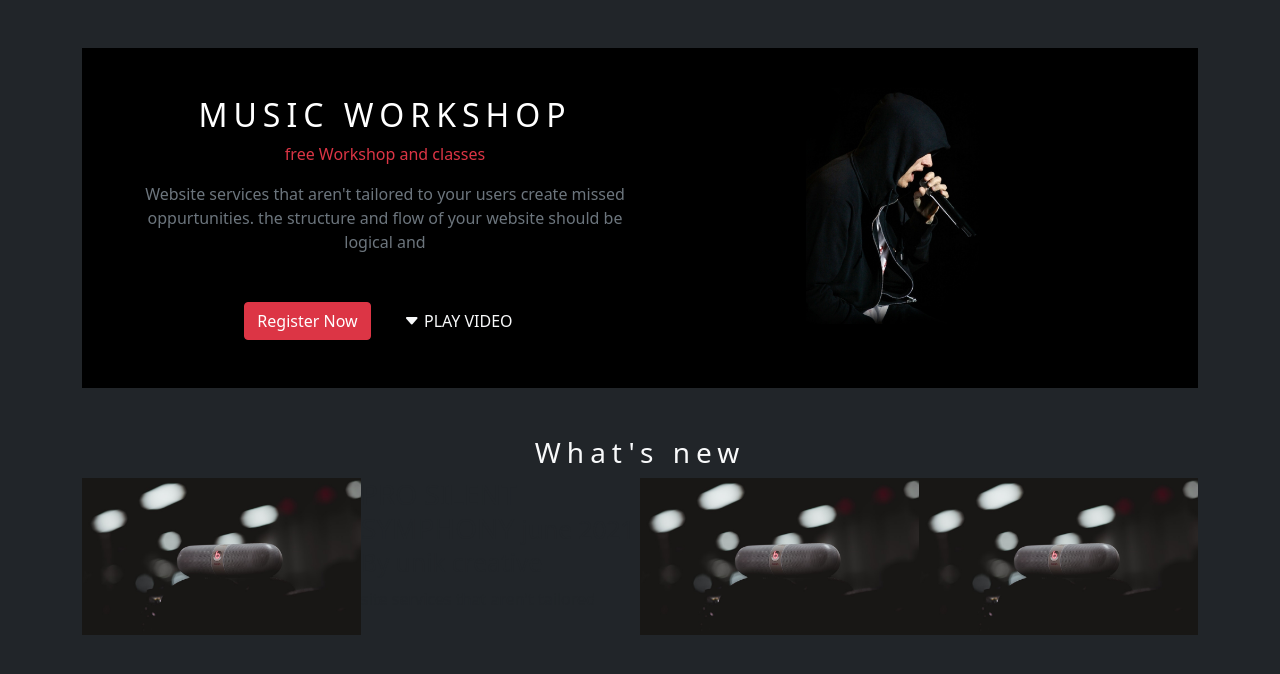
Repository: Eugene44-hub/music-workshop-site
Page: index.html
These files come from the project's save history. The page is drawn as it stood at one moment and after the next save; the edit follows.
The browser window is 1280 px wide. The pictures show the whole page.
Some web libraries are served in a nearby version.

Above is the page before, as saved 2021-10-22 16:36:29.

### index.html
<!DOCTYPE html>
<html lang="en">

<head>
    <meta charset="UTF-8">
    <meta http-equiv="X-UA-Compatible" content="IE=edge">
    <meta name="viewport" content="width=device-width, initial-scale=1.0">
    <title>Document</title>
    <link rel="stylesheet" href="style.css">
    <!-- CSS only -->
    <link href="https://cdn.jsdelivr.net/npm/bootstrap@5.1.3/dist/css/bootstrap.min.css" rel="stylesheet" integrity="sha384-1BmE4kWBq78iYhFldvKuhfTAU6auU8tT94WrHftjDbrCEXSU1oBoqyl2QvZ6jIW3" crossorigin="anonymous">
    <link rel="stylesheet" href="https://cdn.jsdelivr.net/npm/bootstrap-icons@1.6.1/font/bootstrap-icons.css">
</head>

<body class="bg-dark p-md-5 p-3">
    <!-- registeration starts  -->
    <section id="registration">
        <div class="container">
            <div class="d-lg-flex text-white bg-black align-items-center" id="regImg">
                <div id="regText" class="col-md text-center p-5">
                    <h2 id="musicheader" class="text-uppercase fs-2">
                        music workshop </h2>
                    <p class="text-danger"> free Workshop and classes</p>
                    <p class="text-secondary">Website services that aren't tailored to your users create missed oppurtunities. the structure and flow of your website should be logical and</p>
                    <div class="mt-5">
                        <button class="btn btn-danger mx-2">Register Now</button>
                        <button class="btn text-light mx-2"><i class="bi bi-caret-down-fill"></i> PLAY VIDEO</button>
                    </div>
                </div>
                <div class="col-md"> <img src="images/eminem.jpg" alt="" class="img-fluid"></div>

            </div>
        </div>
    </section>
    <!-- registeration ends  -->

    <!-- whats new starts -->
    <section class="">
        <div class="container">
            <h2 id="new" class='text-center text-light fs-3 mt-5'>What's new</h2>
            <div class="d-flex">
                <div class="col-md">
                    <img src="images/speaker.jpg" class="img-fluid" alt="">
                </div>
                <div class="col-md">
                    <h3>
                        PRO SILENT SYMPHONY
                        <small>june 2021 By unik creative</small>
                    </h3>
                    <p>site services that aren't tailored</p>
                </div>
                <div class="col-md">
                    <img src="images/speaker.jpg" class="img-fluid" alt="">
                </div>
                <div class="col-md">
                    <img src="images/speaker.jpg" class="img-fluid" alt="">
                </div>
            </div>
        </div>

    </section>
    <!-- whats new ends -->
</body>
<!-- JavaScript Bundle with Popper -->
<script src="https://cdn.jsdelivr.net/npm/bootstrap@5.1.3/dist/js/bootstrap.bundle.min.js" integrity="sha384-ka7Sk0Gln4gmtz2MlQnikT1wXgYsOg+OMhuP+IlRH9sENBO0LRn5q+8nbTov4+1p" crossorigin="anonymous"></script>

</html>

### style.css
#musicheader,
#new {
    letter-spacing: 6px
}


/* #regImg {
    background-image: url('images/eminem.jpg');
    background-repeat: no-repeat;
    background-position-x: left;
    background-position-y: top;
    background-size: auto;
    background-size: cover;
} */

After the next save:
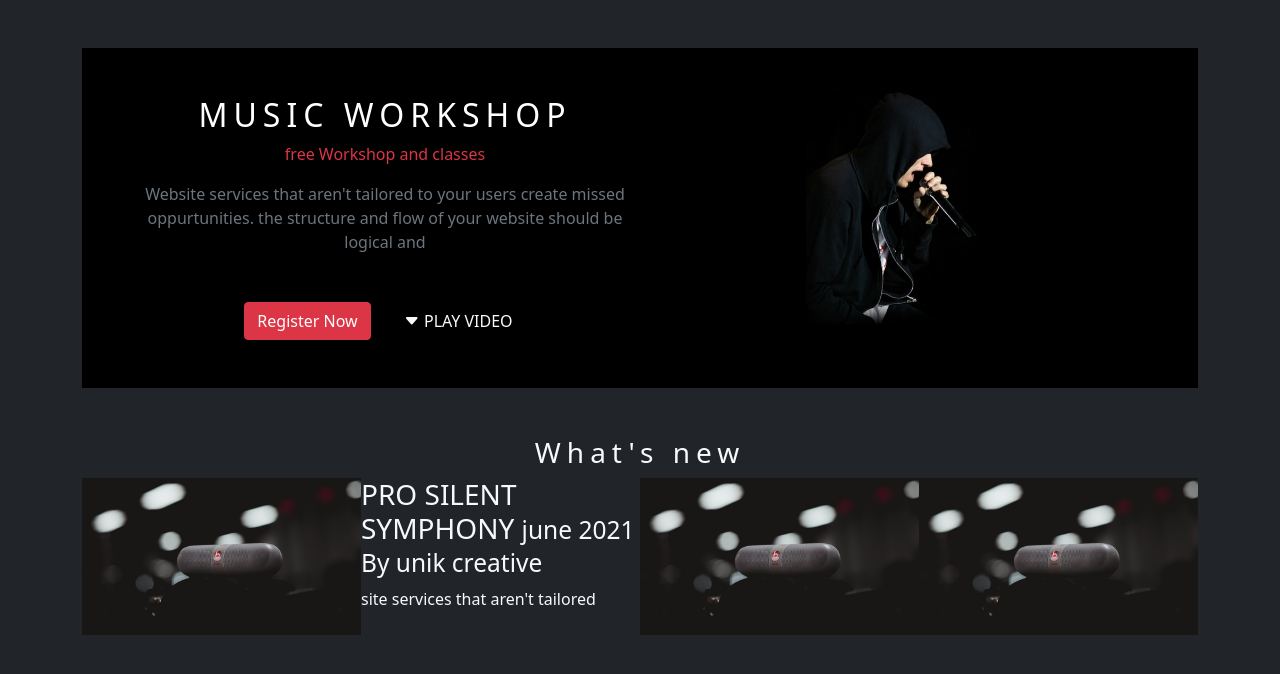
Saved 7 s later.
--- a/index.html
+++ b/index.html
@@ -35,7 +35,7 @@
     <!-- registeration ends  -->
 
     <!-- whats new starts -->
-    <section class="">
+    <section class="text-light">
         <div class="container">
             <h2 id="new" class='text-center text-light fs-3 mt-5'>What's new</h2>
             <div class="d-flex">
